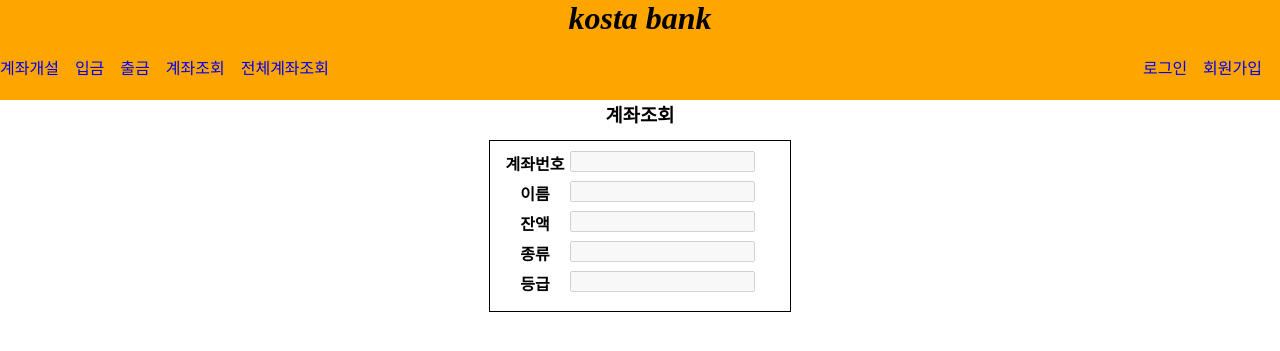
Repository: serendipity63/Springboot-workspace
Page: http://localhost/bankboot/WEB-INF/views/accountinfo.jsp
An editor plug-in stored every save of this project. The page is shown before and after the next save, followed by the edit.
The browser window is 1280 px wide. The pictures show the whole page.
The page is served by Tomcat 9. Nobody is signed in. The template is opened directly, without the code that normally fills it, so the values that code supplies are empty.

Above is the page before, as saved 2023-11-09 03:19:41.

After the next save:
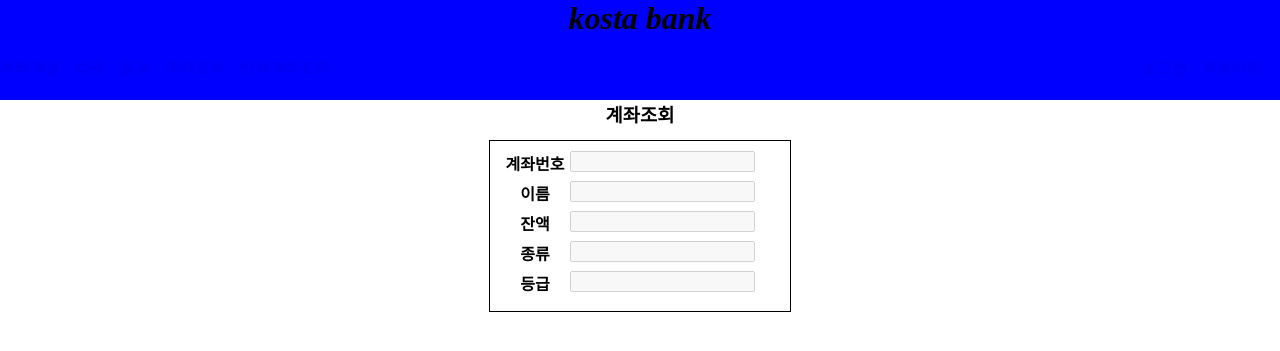
Saved 16 min 7 s later.
--- a/bankboot/src/main/webapp/WEB-INF/views/header.jsp
+++ b/bankboot/src/main/webapp/WEB-INF/views/header.jsp
@@ -18,7 +18,7 @@ a {
 .outerDiv {
 	width: 100%;
 	height: 100px;
-	background-color: orange;
+	background-color: blue;
 }
 </style>
 <div class="outerDiv">
